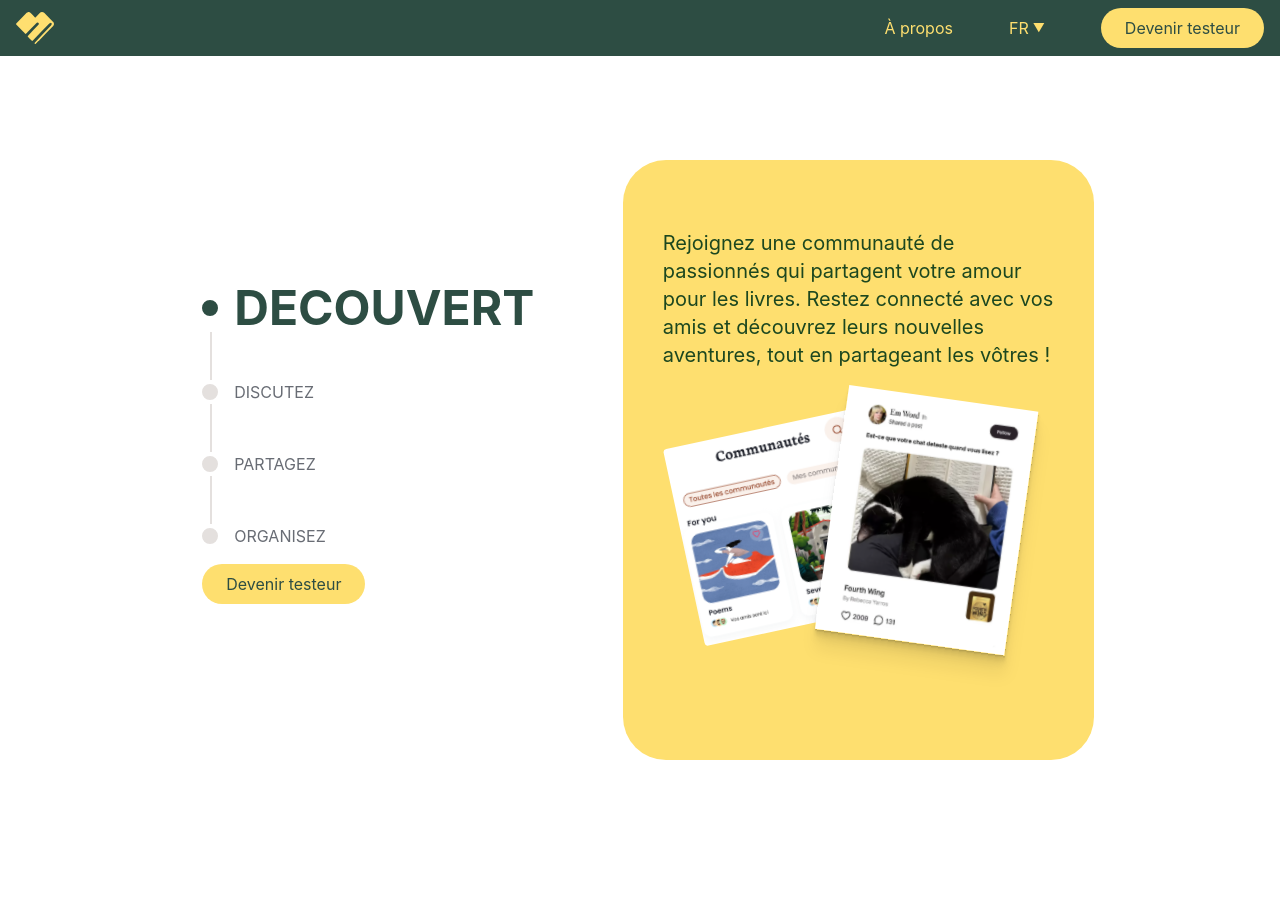
Repository: enas-elm/bookish-landing
Page: /
The author's editor kept a copy of each file at every save. The page is drawn from the files as they stood at one save, then again after the next save.
The browser window is 1280 px wide. The pictures show the whole page.
The project was rebuilt for these pictures with package versions that can differ from the ones it lists, and the page was loaded fresh each time.

Above is the page before, as saved 2024-09-12 13:41:23.

### src/index.css
@tailwind base;
@tailwind components;
@tailwind utilities;

body {
  margin: 0;
  font-family: -apple-system, BlinkMacSystemFont, 'Segoe UI', 'Roboto', 'Oxygen',
    'Ubuntu', 'Cantarell', 'Fira Sans', 'Droid Sans', 'Helvetica Neue',
    sans-serif;
  -webkit-font-smoothing: antialiased;
  -moz-osx-font-smoothing: grayscale;
}

code {
  font-family: source-code-pro, Menlo, Monaco, Consolas, 'Courier New',
    monospace;
}

@layer base {
  @font-face {
      font-family: 'DM Sans Italic';
      src: url('../public/font/DMSans-VariableFont_opsz,wght.ttf') format('truetype');
      font-weight: 100 900;
       font-style: italic;
  }
  @font-face {
        font-family: "Passion One";
        src: url('../public/font/PassionOne-Regular.ttf') format('truetype');
        font-weight: normal;
        font-style: normal;
    }
    @font-face {
            font-family: "DM Display";
            src: url('../public/font/DMSerifDisplay-Regular.ttf') format('truetype');
            font-weight: normal;
            font-style: normal;
        }
    @font-face {
                font-family: "Inter";
                src: url('../public/font/Inter-VariableFont_opsz,wght.ttf') format('truetype');
                font-weight: 700;
            }
    @font-face {
        font-family: 'Neuton';
        src: url('../public/font/Neuton-Regular.ttf') format('truetype');
        font-weight: 100 900;
        font-style: normal;
      }
}

### src/App.js
import "./App.css";
import Navbar from "./components/Navbar";
import "./index.css";
import TimeLine from "./components/TimeLine";

function App() {
  return (
    <div className="App">
      <header className="header">
        <Navbar />
      </header>
      <TimeLine />
    </div>
  );
}

export default App;

### src/components/Navbar.js
import React, { useState, useRef, useEffect } from 'react'

const Navbar = () => {
  const [language, setLanguage] = useState('FR')
  const [dropdownOpen, setDropdownOpen] = useState(false)
  const dropdownRef = useRef(null)

  const toggleDropdown = () => {
    setDropdownOpen(!dropdownOpen)
  };

  const selectLanguage = (lang) => {
    setLanguage(lang)
    setDropdownOpen(false)
  };

  useEffect(() => {
    const handleClickOutside = (event) => {
      if (dropdownRef.current && !dropdownRef.current.contains(event.target)) {
        setDropdownOpen(false)
      }
    };
    document.addEventListener('mousedown', handleClickOutside)
    return () => {
      document.removeEventListener('mousedown', handleClickOutside)
    };
  }, [])

  return (
    <nav className="w-full bg-green px-4 py-2 flex justify-between items-center fixed top-0 left-0 z-50">
      <div className="flex-shrink-0">
        <img src="/Vector-jaune.svg" alt="Bookish" className="h-8" />
      </div>

      <div className="flex items-center gap-5 justify-end space-x-6">
        <a href="/about" className="hover:underline text-yellow">
          À propos
        </a>
        <div className="relative" ref={dropdownRef}>
          <button
            className="bg-transparent text-yellow px-3 py-1 focus:outline-none flex items-center gap-1"
            onClick={toggleDropdown}
          >
            {language} <span className="text-xs">▼</span>
          </button>

          {dropdownOpen && (
            <div className="absolute right-0 mt-2 py-2 w-32 bg-white text-black rounded-md shadow-lg z-10">
              <button
                className={`block w-full text-left px-4 py-2 hover:bg-gris ${language === 'EN' ? 'bg-gris' : ''}`}
                onClick={() => selectLanguage('EN')}
              >
                EN
              </button>
              <button
                className={`block w-full text-left px-4 py-2 hover:bg-gris ${language === 'FR' ? 'bg-gris' : ''}`}
                onClick={() => selectLanguage('FR')}
              >
                FR
              </button>
            </div>
          )}
        </div>

        <button className="bg-yellow text-green px-6 py-2 rounded-full hover:bg-[#F6E96B]">
          Devenir testeur
        </button>
      </div>
    </nav>
  )
}

export default Navbar

### src/components/TimeLine.js
import React, { useState, useEffect, useRef } from "react";
import { gsap } from "gsap";

const menuItems = [
  {
    id: 1,
    label: "DECOUVERT",
    description:
      "Rejoignez une communauté de passionnés qui partagent votre amour pour les livres. Restez connecté avec vos amis et découvrez leurs nouvelles aventures, tout en partageant les vôtres !",
    color: "#FEDF6F",
    imageUrl: "/decouvrez.svg",
    colorText: "#1C471F",
  },
  {
    id: 2,
    label: "DISCUTEZ",
    description:
      "Rejoignez des clubs ou partagez des messages avec d'autres fans de livres ou d'autres passionnés.",
    color: "#8EBDAF",
    imageUrl: "/discutez.svg",
    colorText: "#FFFFFF",
  },
  {
    id: 3,
    label: "PARTAGEZ",
    description:
      "Partagez vos listes de lecture avec une communauté de lecteurs tout aussi curieux que vous. Donnez votre avis sur les livres qui vous ont marqué ou déçu, et inspirez les autres à découvrir de nouvelles histoires.",
    color: "#FEDF6F",
    imageUrl: "/Screenshot-1.png",
    colorText: "#1C471F",
  },
  {
    id: 4,
    label: "ORGANISEZ",
    description:
      "Organisez vos lectures en créant des listes personnalisées qui vous ressemblent. Rejoignez des clubs de lecture pour échanger et découvrir de nouveaux horizons littéraires avec d'autres passionnés.",
    color: "#55917E",
    imageUrl: "/Screenshot-2.png",
    colorText: "#FFFFFF",
  },
];

function TimelineMenu() {
  const [selectedItem, setSelectedItem] = useState(menuItems[0]);
  const imageRef = useRef(null);

  const handleClick = (item) => {
    // Animation de transition de l'image (déplacement de droite à gauche)
    gsap.fromTo(
      imageRef.current,
      { x: 300, opacity: 0 }, // L'image commence à droite et est invisible
      { x: 0, opacity: 1, duration: 1 } // Elle se déplace à sa position d'origine avec une durée d'une seconde
    );
    setSelectedItem(item);
  };

  useEffect(() => {
    // Animation d'entrée initiale lorsque le composant est monté
    gsap.fromTo(
      imageRef.current,
      { x: 300, opacity: 0 },
      { x: 0, opacity: 1, duration: 1 }
    );
  }, []);

  return (
    <div className="p-40 overflow-hidden lg:flex lg:flex-row lg:justify-around lg:items-center">
      {/* Menu Items */}
      <div className="w-96 h-96 flex flex-col items-start p-4">
        {menuItems.map((item, index) => (
          <div key={item.id} className="flex flex-col items-start">
            {/* Timeline Item */}
            <div
              onClick={() => handleClick(item)}
              className={`flex items-center cursor-pointer transition-colors mb-4 ${
                selectedItem?.id === item.id ? "text-green " : "text-gray-700"
              }`}
            >
              <div
                className={`w-4 h-4 rounded-full border-2 mr-4 transition-colors ${
                  selectedItem?.id === item.id
                    ? "bg-green"
                    : "bg-gris border-gris"
                }`}
              ></div>
              <span
                className={`transition-transform duration-300 text-3xl ${
                  selectedItem?.id === item.id
                    ? "text-5xl font-bold "
                    : "text-base text-noirClair text-4xl"
                }`}
              >
                {item.label}
              </span>
            </div>
            {/* Vertical Line */}
            {index < menuItems.length - 1 && (
              <div
                className={`h-12 bg-gris -mt-4 border-gris border-l-2 ml-2 transition-colors ${
                  selectedItem?.id === item.id
                    ? "border-blue-500"
                    : "border-gray-400"
                }`}
              ></div>
            )}
          </div>
        ))}
        <button className="bg-yellow text-green px-6 py-2 rounded-full hover:bg-yellow-500 hover:scale-105 hover:shadow-lg transition transform duration-300 ease-in-out">
          Devenir testeur
        </button>
      </div>

      {/* Details Section */}
      <div
        ref={imageRef}
        className="w-471 h-611 flex  flex-col justify-center items-center p-10 rounded-[43px]"
        style={{
          backgroundColor: selectedItem ? selectedItem.color : "#ffffff",
        }}
      >
        {selectedItem ? (
          <>
            <p
              className="text-xl text-left"
              style={{
                color: selectedItem ? selectedItem.colorText : "#ffffff",
              }}
            >
              {selectedItem.description}
            </p>
            <img
              // Référence pour l'animation de l'image
              src={selectedItem.imageUrl}
              alt={selectedItem.label}
              className="mt-4"
            />
          </>
        ) : (
          <p>Bonjour</p>
        )}
      </div>
    </div>
  );
}

export default TimelineMenu;

### tailwind.config.js
/** @type {import('tailwindcss').Config} */
module.exports = {
  content: ["./src/**/*.{js,jsx,ts,tsx}"],
  theme: {
    colors: {
      green: "#2D4D43",
      greenlight: "#8EBDAF",
      white: "#FAFAFA",
      beige: "#D8CCB5",
      black: "#131313",
      gris: "#E4E0DE",
      "gris-foncé": "#1B1E28",
      yellow: "#FEDF6F",
      noirClair: "#686C74",
    },

    fontFamily: {
      "dm-sans-italic": ['"DM Sans Italic"', "sans-serif"],
      "passion-one": ["PassionOne-Regular"],
      "dm-display": ["DMSerifDisplay-Regular"],
      inter: ["Inter"],
    },
    extend: {
      width: {
        471: "471px",
      },
      height: {
        611: "600px",
      },
    },
  },
  plugins: [],
};

Loaded but not shown: public/index.html (common file); src/index.js (common file); src/reportWebVitals.js (common file); src/App.css (common file)

After the next save:
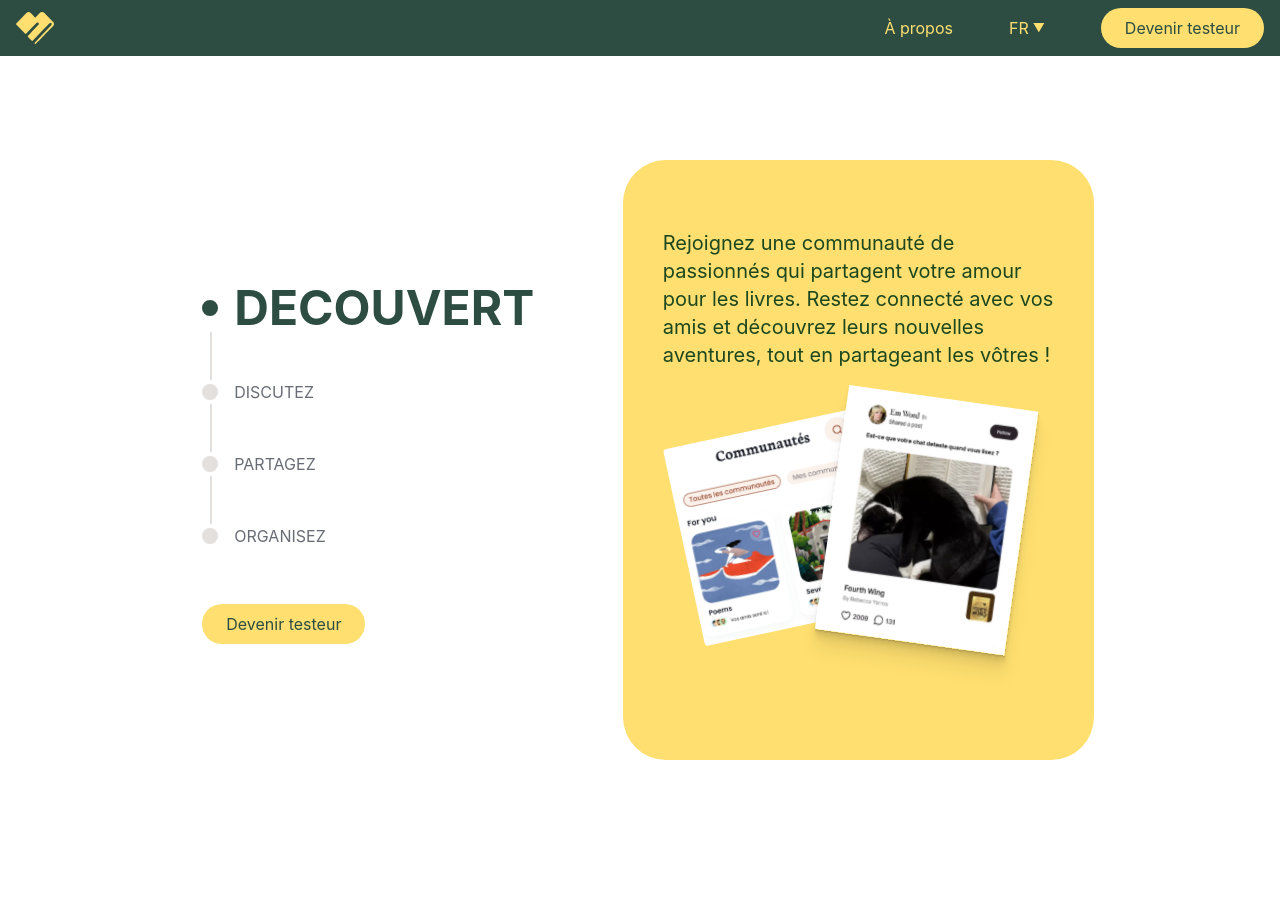
Saved 15 s later.
--- a/src/components/TimeLine.js
+++ b/src/components/TimeLine.js
@@ -105,7 +105,7 @@ function TimelineMenu() {
             )}
           </div>
         ))}
-        <button className="bg-yellow text-green px-6 py-2 rounded-full hover:bg-yellow-500 hover:scale-105 hover:shadow-lg transition transform duration-300 ease-in-out">
+        <button className="bg-yellow text-green px-6 py-2 mt-10 rounded-full hover:bg-yellow-500 hover:scale-105 hover:shadow-lg transition transform duration-300 ease-in-out">
           Devenir testeur
         </button>
       </div>
